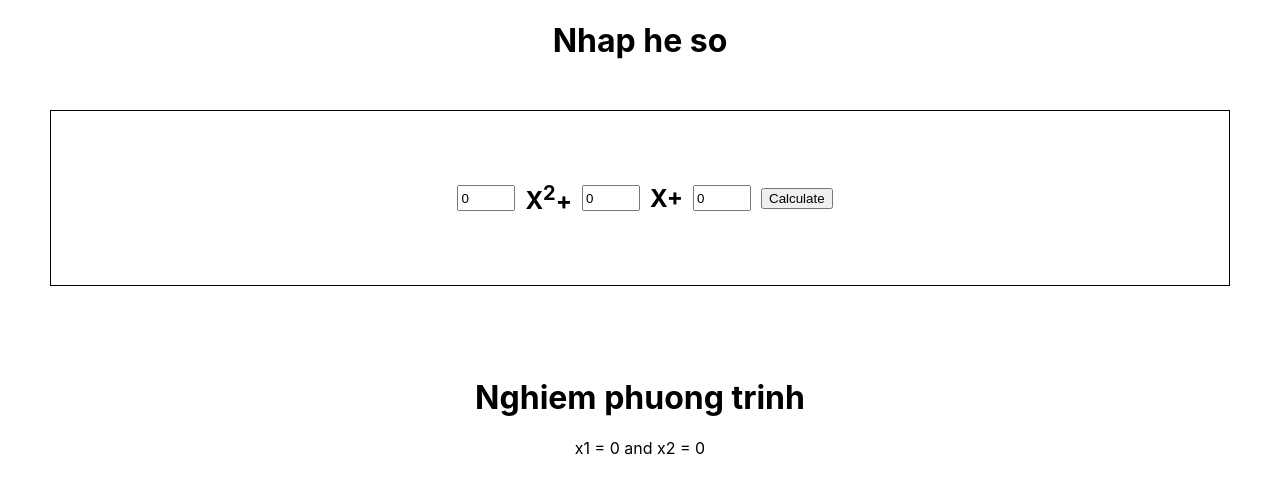
Repository: Trinvm1997/ReactExercise
Page: / (app in quadratic_equation/)
An editor plug-in stored every save of this project. The page is shown before and after the next save, followed by the edit.
The browser window is 1280 px wide. The pictures show the whole page.
The project was rebuilt for these pictures with package versions that can differ from the ones it lists, and the page was loaded fresh each time.

Above is the page before, as saved 2020-12-24 10:25:37.

### quadratic_equation/src/App.js
import './App.css';
import React, { Component } from 'react';

class App extends Component {
  constructor(props) {
    super(props);
    this.state = {
      inputA:0,
      inputB:0,
      inputC:0,
      x1:0,
      x2:0

    };
    this.handleChange = this.handleChange.bind(this);
    this.handleSubmit = this.handleSubmit.bind(this);

  }

  handleChange(event) {
    const value = event.target.value;
    const name = event.target.name;
    this.setState({
      [name]: value
    });
  }

  handleSubmit(event) {
    event.preventDefault();
    if(Math.pow(this.state.inputB,2) - 4*this.state.inputA*this.state.inputC < 0){
      this.setState({
          x1: "undefined",
          x2: "undefined"
        });
    }else{
      this.setState({
      x1: (- this.state.inputB + Math.sqrt(Math.pow(this.state.inputB,2) - 4*this.state.inputA*this.state.inputC))/(2*this.state.inputA),
      x2: (- this.state.inputB - Math.sqrt(Math.pow(this.state.inputB,2) - 4*this.state.inputA*this.state.inputC))/(2*this.state.inputA)
    });
  }
}




  render() {
    return (
      <div className="App">
        <h1>Nhap he so</h1>
        <form>
          <input type="number" name="inputA" value={this.state.inputA} onChange={this.handleChange}></input>
          <h2>X<sup>2</sup>+</h2>
          <input type="number" name="inputB" value={this.state.inputB} onChange={this.handleChange}></input>
          <h2>X+</h2>
          <input type="number" name="inputC" value={this.state.inputC} onChange={this.handleChange}></input>
          <button onClick={this.handleSubmit}>Calculate</button>
        </form>
        <br/>
        <h1>Nghiem phuong trinh</h1>
        <p>x1 = {this.state.x1} and x2 = {this.state.x2}</p>
      </div>
    );
  }
}

export default App;

### quadratic_equation/src/App.css
.App {
  text-align: center;
}

.App-logo {
  height: 40vmin;
  pointer-events: none;
}

@media (prefers-reduced-motion: no-preference) {
  .App-logo {
    animation: App-logo-spin infinite 20s linear;
  }
}

.App-header {
  background-color: #282c34;
  min-height: 100vh;
  display: flex;
  flex-direction: column;
  align-items: center;
  justify-content: center;
  font-size: calc(10px + 2vmin);
  color: white;
}

.App-link {
  color: #61dafb;
}

form {
  display: flex;
  justify-content: center;
  border: 1px solid black;
  margin: 50px;
  padding: 50px;
  align-items: center;
}

form input {
  margin-left: 10px;
  margin-right: 10px;
}

input {
  width: 50px;
  height: 20px
}

@keyframes App-logo-spin {
  from {
    transform: rotate(0deg);
  }
  to {
    transform: rotate(360deg);
  }
}

Loaded but not shown: quadratic_equation/public/index.html (common file); quadratic_equation/src/index.js (common file); quadratic_equation/src/index.css (common file); quadratic_equation/src/reportWebVitals.js (common file)

After the next save:
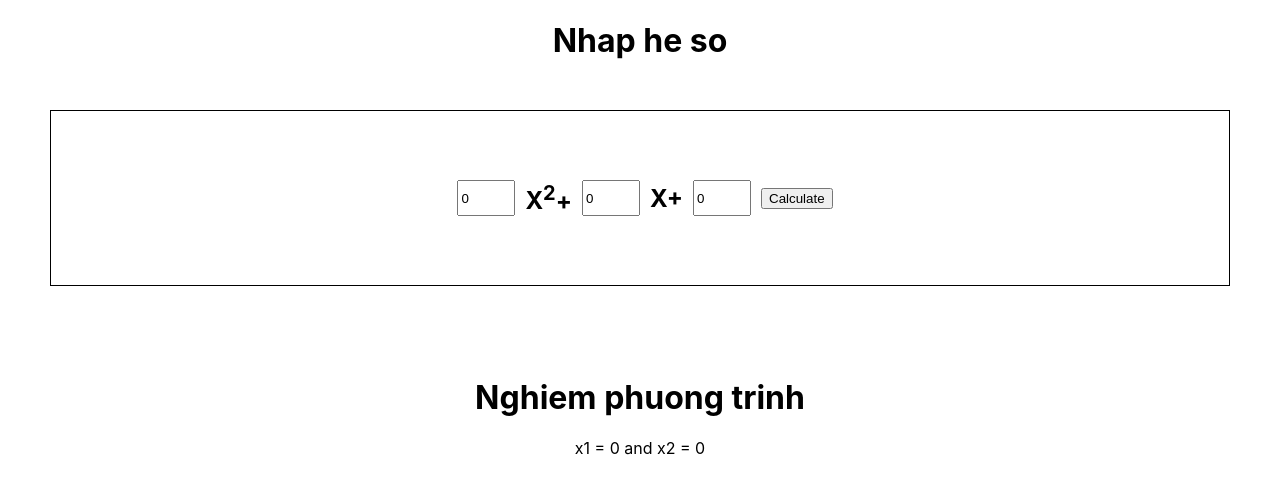
Saved 9 s later.
--- a/quadratic_equation/src/App.css
+++ b/quadratic_equation/src/App.css
@@ -44,7 +44,7 @@ form input {
 
 input {
   width: 50px;
-  height: 20px
+  height: 30px
 }
 
 @keyframes App-logo-spin {
